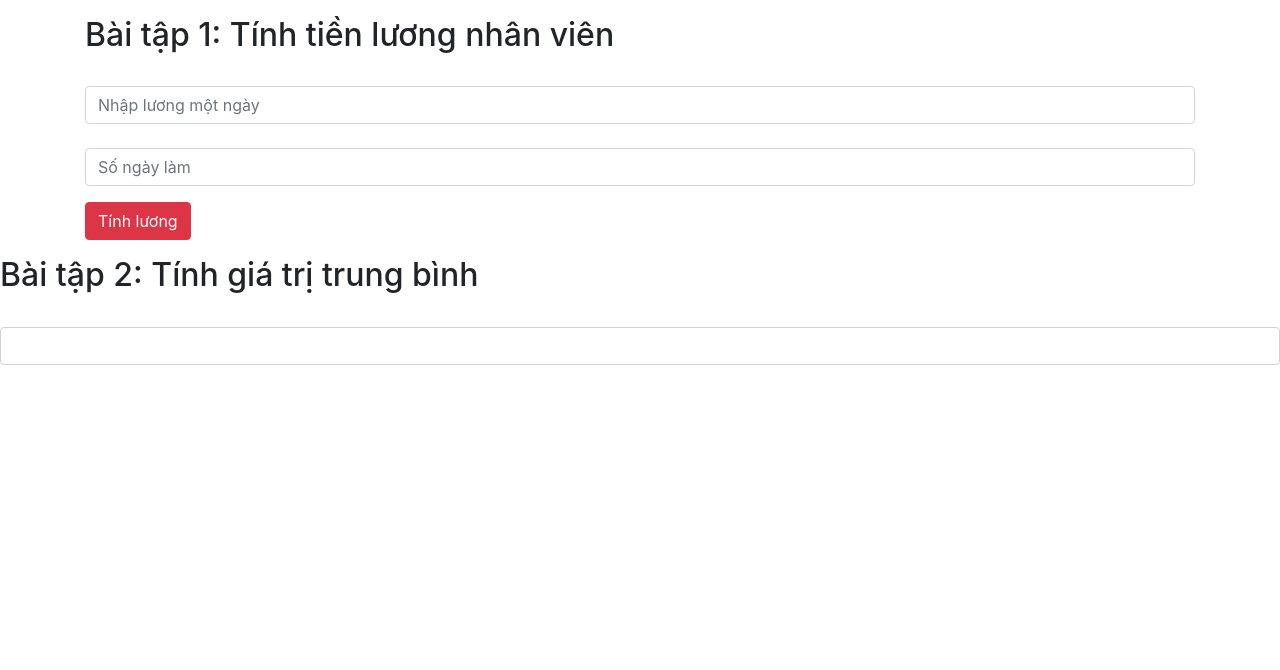
Repository: thanhfrankie/BC10-LeMinhThanh-Js-b2-3
Page: index.html
The author's editor kept a copy of each file at every save. The page is drawn from the files as they stood at one save, then again after a run of saves.
The browser window is 1280 px wide. The pictures show the whole page.

Above is the page before, as saved 2023-12-15 15:25:33.

### index.html
<!DOCTYPE html>
<html lang="en">
  <head>
    <title>Title</title>
    <!-- Required meta tags -->
    <meta charset="utf-8" />
    <meta
      name="viewport"
      content="width=device-width, initial-scale=1, shrink-to-fit=no"
    />

    <!-- Bootstrap CSS -->
    <link
      rel="stylesheet"
      href="https://stackpath.bootstrapcdn.com/bootstrap/4.3.1/css/bootstrap.min.css"
      integrity="sha384-ggOyR0iXCbMQv3Xipma34MD+dH/1fQ784/j6cY/iJTQUOhcWr7x9JvoRxT2MZw1T"
      crossorigin="anonymous"
    />
  </head>
  <body>
    <!-- Bài tập 1 -->
    <div class="container">
      <h2 class="mt-3">Bài tập 1: Tính tiền lương nhân viên
      </h2>
      <div class="form-group">
        <label for="luong-mot-ngay"></label>
        <input
          type="number"
          class="form-control"
          name=""
          id="luong-mot-ngay"
          aria-describedby="helpId"
          placeholder="Nhập lương một ngày"
          required
        />
        <label for="so-ngay-lam"></label>
        <input
          type="number"
          class="form-control"
          name=""
          id="so-ngay-lam"
          aria-describedby="helpId"
          placeholder="Số ngày làm"
          required
        />
        <button type="button" onclick="tinhLuong()" class="btn btn-danger mt-3">
          Tính lương
        </button>
      </div>
      <h2 id="luong-nhan-duoc"></h2>
    </div>
    <!-- Bài tập 2 -->
    <div class="form-group">
      <h2>Bài tập 2: Tính giá trị trung bình</h2>
      <label for=""></label>
      <input type="text"
        class="form-control" name="" id="" aria-describedby="helpId" placeholder="">
    </div>
    <!-- Optional JavaScript -->
    <!-- jQuery first, then Popper.js, then Bootstrap JS -->
    <script
      src="https://code.jquery.com/jquery-3.3.1.slim.min.js"
      integrity="sha384-q8i/X+965DzO0rT7abK41JStQIAqVgRVzpbzo5smXKp4YfRvH+8abtTE1Pi6jizo"
      crossorigin="anonymous"
    ></script>
    <script
      src="https://cdnjs.cloudflare.com/ajax/libs/popper.js/1.14.7/umd/popper.min.js"
      integrity="sha384-UO2eT0CpHqdSJQ6hJty5KVphtPhzWj9WO1clHTMGa3JDZwrnQq4sF86dIHNDz0W1"
      crossorigin="anonymous"
    ></script>
    <script
      src="https://stackpath.bootstrapcdn.com/bootstrap/4.3.1/js/bootstrap.min.js"
      integrity="sha384-JjSmVgyd0p3pXB1rRibZUAYoIIy6OrQ6VrjIEaFf/nJGzIxFDsf4x0xIM+B07jRM"
      crossorigin="anonymous"
    ></script>
    <script src="./index.js"></script>
  </body>
</html>

### index.js
// Bài tập 1
/**
 * B1: tạo biến, lấy giá trị từ input
 * B2: Tính lương
 * + tạo biến để tính lương: lương 1 ngày * số ngày làm
 * + gán sự kiện click cho button
 * B3: hiển thị kết quả
 */
function tinhLuong() {
  // B1:
  var luongMotNgay = document.getElementById("luong-mot-ngay").value;
  var soNgayLam = document.getElementById("so-ngay-lam").value;
  // B2, B3:
  var luongNhanDuoc = document.getElementById("luong-nhan-duoc");
  luongNhanDuoc.innerText = luongMotNgay * soNgayLam;
}
// Bài tập 2
/**
 * B1: tạo biến, lấy giá trị từ input
 * B2: Tính giá trị trung bình
 * + tạo biến để tính giá trị trung bình: tổng các giá trị đã nhập / số giá trị đã nhập
 * + gán sự kiện click cho button
 * B3: hiển thị kết quả
 */
function tinhTrungBinh() {

}

After the next 3 saves:
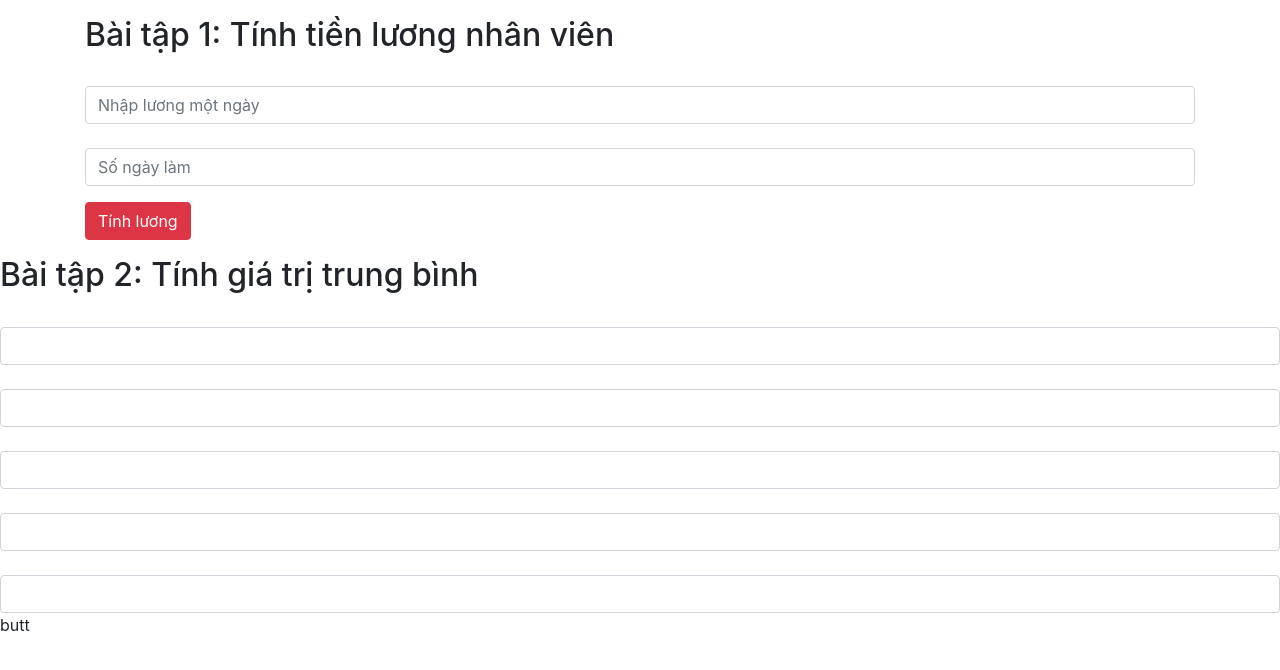
The 3 saves are shown as one change because they came seconds apart.
The last was saved 19 s later.
--- a/index.html
+++ b/index.html
@@ -55,6 +55,19 @@
       <label for=""></label>
       <input type="text"
         class="form-control" name="" id="" aria-describedby="helpId" placeholder="">
+      <label for=""></label>
+      <input type="text"
+        class="form-control" name="" id="" aria-describedby="helpId" placeholder="">
+      <label for=""></label>
+      <input type="text"
+        class="form-control" name="" id="" aria-describedby="helpId" placeholder="">
+      <label for=""></label>
+      <input type="text"
+        class="form-control" name="" id="" aria-describedby="helpId" placeholder="">
+      <label for=""></label>
+      <input type="text"
+        class="form-control" name="" id="" aria-describedby="helpId" placeholder="">
+      butt
     </div>
     <!-- Optional JavaScript -->
     <!-- jQuery first, then Popper.js, then Bootstrap JS -->
